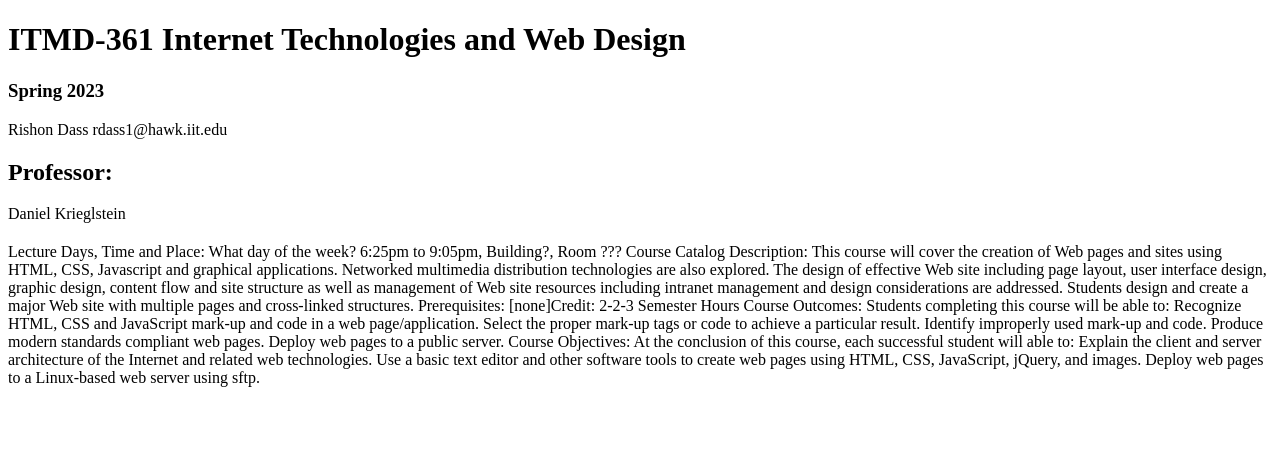
Repository: rishondass/ITMD361-Lab2
Page: lab2raw_text.html
The author's editor kept a copy of each file at every save. The page is drawn from the files as they stood at one save, then again after a run of saves.
The browser window is 1280 px wide. The pictures show the whole page.

Above is the page before, as saved 2023-01-13 14:05:47.

After the next 4 saves:
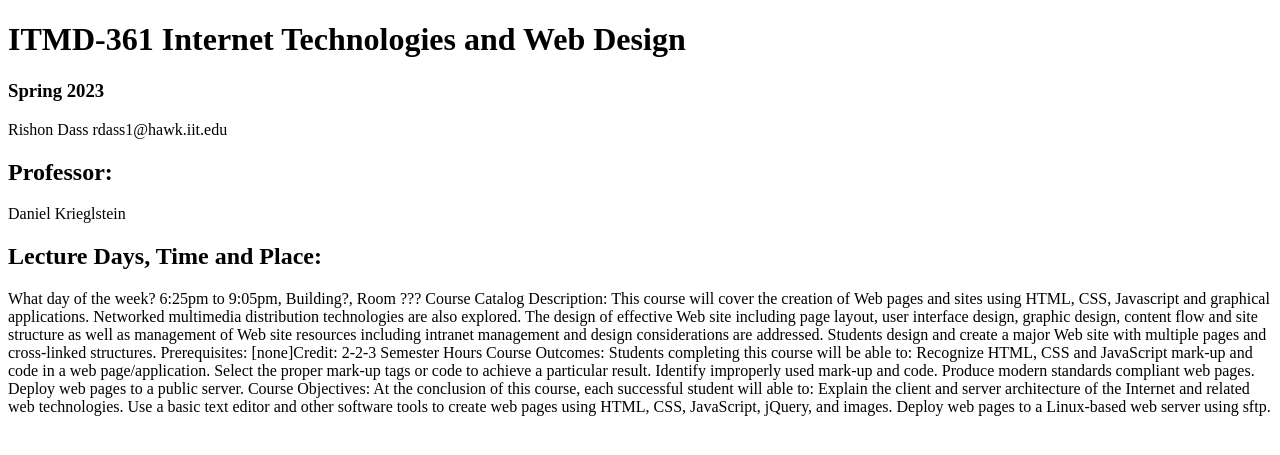
The 4 saves are shown as one change because they came seconds apart.
The last was saved 13 s later.
--- a/lab2raw_text.html
+++ b/lab2raw_text.html
@@ -23,15 +23,18 @@
         Daniel Krieglstein
     </p>
     <h2>
+        Lecture Days, Time and Place:
+    </h2>
+    <p>
 
-    </h2>
+    </p>
 </body>
 </html>
 
 
 
 
-Lecture Days, Time and Place:
+
 What day of the week? 6:25pm to 9:05pm, Building?, Room ???
 Course Catalog Description:
 This course will cover the creation of Web pages and sites using HTML, CSS, Javascript and graphical applications. Networked multimedia distribution technologies are also explored. The design of effective Web site including page layout, user interface design, graphic design, content flow and site structure as well as management of Web site resources including intranet management and design considerations are addressed. Students design and create a major Web site with multiple pages and cross-linked structures. Prerequisites: [none]Credit: 2-2-3 Semester Hours
